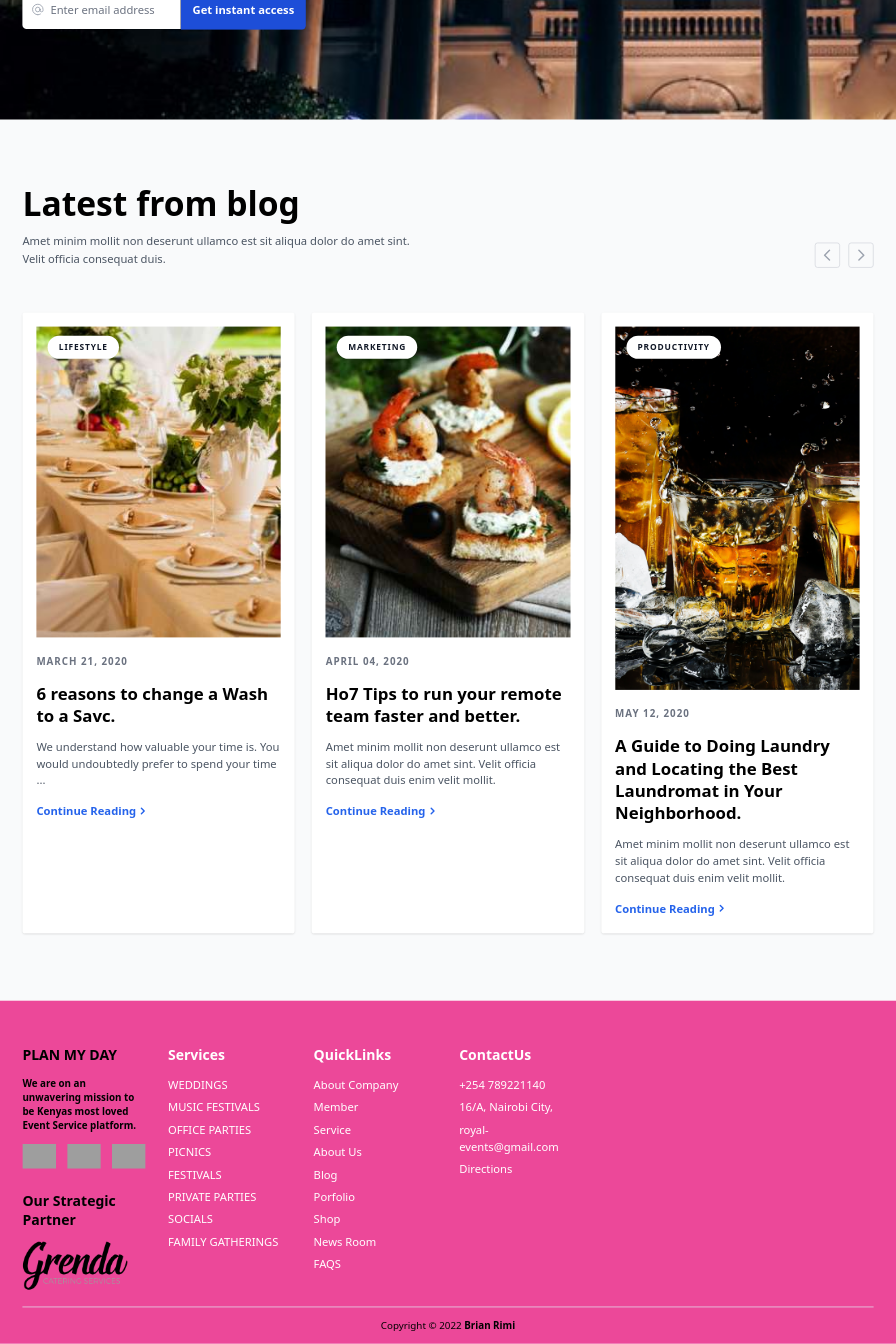
Repository: remydev47/grandes-events
Page: /
The author's editor kept a copy of each file at every save. The page is drawn from the files as they stood at one save, then again after the next save.
The browser window is 1280 px wide. The pictures show the part of the page from y = 3631 to 5551 px (the page is 5551 px tall before and 5526 px after), at 70% of full size.
Pictures or frames that could not be fetched are drawn as grey boxes. The project was rebuilt for these pictures with package versions that can differ from the ones it lists, and the page was loaded fresh each time. Also part of the build but not shown: vite.config.js, src/components/Team.jsx, src/components/Testimonials.jsx, src/components/Menu.jsx.

Above is the page before, as saved 2023-02-08 17:06:17.

### index.html
<!DOCTYPE html>
<html lang="en">
  <head>
    <meta charset="UTF-8" />
    <link rel="icon" type="image/svg+xml" href="/vite.svg" />
    <meta name="viewport" content="width=device-width, initial-scale=1.0" />
    <title>Grendas</title>
  </head>
  <body>
    <div id="root"></div>
    <script type="module" src="/src/main.jsx"></script>
  </body>
</html>

### src/App.jsx
import { useState } from 'react'
import reactLogo from './assets/react.svg'
import { AboutUs, Blog, CTA, Footer, Reasons, Services } from './components'
import Hero from './components/Hero'
import Navbar from './components/Navbar'

function App() {
  const [count, setCount] = useState(0)

  return (
   <div>
      <Navbar />
      <Hero />
      <Services />
      <AboutUs />
      <Reasons />
      <CTA />
      <Blog />
      <Footer />
   </div>
  )
}

export default App

### src/index.css
@import url("https://fonts.googleapis.com/css2?family=Epilogue:wght@400;500;600;700&display=swap");

@tailwind base;
@tailwind components;
@tailwind utilities;

### src/components/Hero.jsx
import React from 'react'
import { hero } from '../assets'

const Hero = () => {
  return (
    <section className='relative pt-48 pb-12 xl:pt-60 sm:pb-16 lg:pb-32 xl:pb-48 2xl:pb-56'>
    <div className="absolute inset-0">
     <img className="object-cover w-full h-full" src={hero} alt="" />
    </div>
   <div className='relative'>
    <div className="px-6 mx-auto sm:px-8 lg:px-12 max-w-7xl">
      <div className="w-full lg:w-2/3 xl:w-1/2">
        <h1 className="font-serif text-xl font-bold tracking-tight text-white text-opacity-70 text-center">Proffesional Catering Services</h1>
        <p className="mt-6 tracking-tighter text-[#FFF]">
          <span className="font-sans font-bold text-6xl">WELCOME TO GRENDA </span><br />
          <span className="font-serif italic font-BOLD text-7xl">WE PROVIDE WORLD CLASS EVENT PLANNING</span>
        </p>
        <p className="mt-8 font-erif text-xl font-serif text-[#fff]">
          Hiring A Proffesional Chef for Family Dinners & Gatherings, Date Nights & Branchs, Parties & Get-togethers, and even Meal for entire Families !
        </p>
      </div>
    </div>
   </div>
  </section>
  )
}

export default Hero

### src/components/Navbar.jsx
import React from 'react'
import { navLinks } from '../constants'
import Menupopover from './Menupopover'
import { logo } from '../assets'

const Navbar = () => {
  return (
    <header className="fixed inset-x-0 bg-[#e1a984] z-20 flex justify-between items-center py-2 px-2 shadow-lg dark:bg-slate-900 sm:py-3 sm:px-8">
      <div className='flex grow-0 basis-1/3 md:hidden'>
        <Menupopover />
      </div>

     <div className='flex grow-0 ml-2 justify-center md:justify-start'>
       <img src={logo} alt='user' className='w-[60%] h-[60%] object-contain' />
     </div>


     <ul className="list-none sm:flex hidden justify-center items-center flex-1">
     {navLinks.map((nav, index) => (
        <li
        key={nav.id}
        className={`font-bold cursor-pointer text-[16px
           ${index === navLinks.length - 1 ? 'mr-0' : 'mr-10'}
          text-white `}
        >
            <a>{nav.title}</a>
        </li>
      ))}
      </ul>

    </header>
  )
}

export default Navbar

### src/components/Services.jsx
import React from 'react'

const Services = () => {
  return (
    <section className={` sm:py-16 lg:py-24`}>
      <div className="px-4 mx-auto max-w-7xl sm:px-6 lg:px-8">
       <div className="max-w-2xl mx-auto text-center">
         <h2 className="text-xl font-normal italic leading-tight text-black lg:text-3xl">
          Welcome to Grenda, a premier catering and event planning company.
         </h2>
       </div>

       <div className="grid max-w-md grid-cols-1 gap-6 mx-auto mt-8 text-center lg:max-w-full lg:mt-16 lg:grid-cols-3">

        <div className="overflow-hidden bg-[url('./src/assets/service1.jpeg')] shadow-xl border-gray-300 rounded-md">
          <div className="p-8 xl:px-12 flex flex-col items-center justify-center">
             <div className='flex flex-col'>
               <h1 className='text-3xl font-semibold text-black'>Cooperate catering Services</h1>
             </div>
             <h2 className='font-normal text-xl font-serif text-white text-center mt-2'>
               Wouldn't you Like to be a Guest at your own Party !
             </h2>
             <p className='text-xl text-white text-center font-bold'>
               MON-FRI: 08:00-21:00
             </p>
             <p className='text-xl text-gray-50 text-center font-bold'>
               SAT-SUN: 10:00-17:00
             </p>
          </div>
        </div>

        <div className="overflow-hidden bg-[url('./src/assets/hero.jpeg')] shadow-xl border-gray-300 rounded-md">
          <div className="p-8 xl:px-12 flex flex-col items-center justify-center">
             <div className='flex flex-col'>
               <h1 className='text-3xl font-semibold text-white'>Parties</h1>
             </div>
             <h2 className='font-normal text-xl font-serif text-white text-center mt-2'>
               Are You Busy To Cook ? Give Us A Call
             </h2>
             <p className='text-xl text-white text-center font-bold'>
               MON-FRI: 08:00-21:00
             </p>
             <p className='text-xl text-gray-50 text-center font-bold'>
               SAT-SUN: 10:00-17:00
             </p>
          </div>
        </div>

        <div className="overflow-hidden bg-[url('./src/assets/service3.jpeg')] shadow-xl border-gray-300 rounded-md">
          <div className="p-8 xl:px-12 flex flex-col items-center justify-center">
             <div className='flex flex-col'>
               <h1 className='text-3xl font-semibold text-white'>Birthdays</h1>
             </div>
             <h2 className='font-normal text-xl font-serif text-white text-center mt-2'>
               Look at Our Serviced Menu !
             </h2>
             <p className='text-xl text-white text-center font-bold'>
               MON-FRI: 08:00-21:00
             </p>
             <p className='text-xl text-gray-50 text-center font-bold'>
               SAT-SUN: 10:00-17:00
             </p>
          </div>
        </div>

        <div className="overflow-hidden bg-[url('./src/assets/service2.jpeg')] shadow-xl border-gray-300 rounded-md">
          <div className="p-8 xl:px-12 flex flex-col items-center justify-center">
             <div className='flex flex-col'>
               <h1 className='text-3xl font-semibold text-white'>Weddings</h1>
             </div>
             <h2 className='font-normal text-xl font-serif text-white text-center mt-2'>
               Wedding Serviced Menu !
             </h2>
             <p className='text-xl text-white text-center font-bold'>
               MON-FRI: 08:00-21:00
             </p>
             <p className='text-xl text-gray-50 text-center font-bold'>
               SAT-SUN: 10:00-17:00
             </p>
          </div>
        </div>



       </div>
      </div>
    </section>
  )
}

export default Services

### src/components/CTA.jsx
import React from 'react'
import { cta } from '../assets'

const CTA = () => {
  return (
    <section className="mt-4 relative py-10 overflow-hidden  sm:py-16 lg:py-24 xl:py-32">
      <div className="absolute inset-0">
        <img className="object-cover w-full h-full md:object-left md:scale-150 md:origin-top-left" src={cta} alt="" />
      </div>

     <div className="relative px-4 mx-auto sm:px-6 lg:px-8 max-w-7xl">
      <div className="text-center md:w-2/3 lg:w-1/2 xl:w-1/3 md:text-left">
         <h2 className="text-3xl font-bold leading-tight text-white sm:text-4xl lg:text-5xl">Get a Free Appointment Booking</h2>
         <p className="mt-4 text-base text-white">
         We understand the importance of approaching each work integrally and believe in the power of simple and easy communication. We value the experimentation, the reformation of the message.
         </p>

         <form action="#" method="POST" className="mt-8 lg:mt-12">
             <div className="flex flex-col items-center sm:flex-row sm:justify-center">
                 <div className="flex-1 w-full min-w-0 px-4 sm:px-0">
                     <div className="relative text-gray-400 focus-within:text-gray-600">
                         <label htmlFor="email" className="sr-only"></label>
                         <label htmlFor="email" className="sr-only"></label>
                         <div className="absolute inset-y-0 left-0 flex items-center pl-3 pointer-events-none">
                             <svg className="w-5 h-5" xmlns="http://www.w3.org/2000/svg" fill="none" viewBox="0 0 24 24" stroke="currentColor">
                                 <path stroke-linecap="round" stroke-linejoin="round" stroke-width="1.5" d="M16 12a4 4 0 10-8 0 4 4 0 008 0zm0 0v1.5a2.5 2.5 0 005 0V12a9 9 0 10-9 9m4.5-1.206a8.959 8.959 0 01-4.5 1.207" />
                             </svg>
                         </div>
                         <input
                             type="email"
                             name="email"
                             id="email"
                             placeholder="Enter email address"
                             className="block w-full py-4 pl-10 pr-4 text-base text-black placeholder-gray-500 transition-all duration-200 border-gray-200 rounded-md sm:rounded-r-none caret-blue-600 focus:border-blue-600 focus:ring-1 focus:ring-blue-600"
                             required
                         />

                     </div>
                 </div>

                 <button type="submit" className="inline-flex items-center justify-center flex-shrink-0 w-auto px-4 py-4 mt-4 font-semibold text-white transition-all duration-200 bg-blue-700 border border-transparent rounded-md sm:mt-0 sm:rounded-l-none sm:w-auto hover:bg-blue-700 focus:bg-blue-700">
                     Get instant access
                 </button>
             </div>
         </form>
      </div>
     </div>
    </section>
  )
}

export default CTA

### src/components/Aboutus.jsx
import React from 'react'
import { menu1 } from '../assets'

const Aboutus = () => {
  return (
    <section className="py-6 bg-gray-50 sm:py-16 lg:py-24">
      <div className="max-w-5xl px-4 mx-auto sm:px-6 lg:px-8">
         <div className="grid items-center grid-cols-1 gap-y-6 md:grid-cols-2 md:gap-x-20">
            <div className="">
                <h1 className='text-3xl italic text-[#e1a984] text-center'>AboutUs</h1>
                <h2 className="text-4xl font-bold leading-tight text-black sm:text-4xl lg:text-4xl">Event Planning Services We Provide.</h2>
                <p className="mt-4 text-base leading-relaxed text-gray-600 font-semibold">
                 Apparently we had reached a great height in the atmosphere, for the sky was a dead black, and the stars had ceased to twinkle. By the same illusion which lifts the horizon of the sea to the level of the spectator on a hillside…
                </p>
            </div>

            <div className=" pl-20 pr-6 sm:pl-6 md:px-0">
                <div className="relative w-full max-w-xs mt-4 mb-10 ml-auto">
                 <img className="relative -top-4 -left-4" src={menu1} alt="" />



                    <div className="absolute -bottom-10 -left-16 m-2">


                          <div className="px-8 py-8 bg-[#e1a984]">
                               <span className="block text-4xl font-bold text-white lg:text-5xl"> 50+ </span>
                                <span className="block mt-2 text-base leading-tight text-white"> Team<br />Member</span>
                            </div>
                    </div>
                </div>
            </div>
        </div>
      </div>
    </section>
  )
}

export default Aboutus

### src/components/Footer.jsx
import React from 'react'
import { logo } from '../assets';

const footerNav = {
    Services: [
      {
        title: "WEDDINGS",
        href: "/#",
      },
      {
        title: "MUSIC FESTIVALS",
        href: "/#",
      },
      {
        title: "OFFICE PARTIES",
        href: "/#"
      },
      {
        title: "PICNICS",
        href: "/#"
      },
      {
        title: "FESTIVALS",
       href: "/#"
      },
      {
       title: "PRIVATE PARTIES",
       href: "/#"
      },
      {
        title: "SOCIALS",
       href: "/#"
      },
      {
        title: "FAMILY GATHERINGS",
       href: "/#"
      },
      // {
      //   title: "Afterfortey Cleaning",
      //  href: "/#"
      // },
      // {
      //   title: "Laundry Services",
      //  href: "/#"
      // },
      // {
      //   title: "Maid services",
      //  href: "/#"
      // },
      // {
      //   title: "Carpet Cleaning",
      //  href: "/#"
      // },
    ],
    QuickLinks: [
      {
        title: "About Company",
        href: "/#",
      },
      {
        title: "Member",
        href: "/#"
      },
      {
        title: "Service",
        href: "/#"
      },
      {
        title: "About Us",
        href: "/#"
      },
      {
        title: "Blog",
        href: "/#"
      },
      {
        title: "Porfolio",
        href: "/#"
      },
      {
        title: "Shop",
        href: "/#"
      },
      {
        title: "News Room",
        href: "/#"
      },
      {
        title: "FAQS",
        href: "/#"
      },
    ],
    ContactUs:[
      {
        title: "+254 789221140",
        href: "/#"
      },
      {
        title: " 16/A, Nairobi City, ",
        href: "/#"
      },
      {
        title: "royal-events@gmail.com",
        href: "/#"
      },
      {
        title: "Directions",
        href: "/#"
      },
    ]
  };

  const SocialLinks = [
    {
      title: "Instagram",
      link: "https://instagram.com/",
      image:'/images/instagram.svg'
    },
    {
      title: "Twitter",
      link: "https://tiktok.com/",
      image: '/images/twitter.svg',
    },
    {
      title: "LinkedIn",
      link: "https://linkedin.com/",
      image: '/images/linkedin.svg',
    },
  ];

const Footer = () => {
    return (
    <footer className="bg-pink-500">
        <div className="mx-auto max-w-screen-xl px-6 pt-16 sm:px-8">
          <div className="grid grid-cols-1 gap-y-6 gap-x-6 md:!grid-cols-6 md:gap-8 xs:grid-cols-2">
            <div className="mb-4  flex flex-col xs:col-span-2">
              <span className="text-xl font-bold capitalize">PLAN MY DAY</span>
              <p className="mt-4 max-w-screen-xs text-sm font-semibold">
                We are on an unwavering mission to be Kenyas most loved Event Service
                platform.
              </p>
              <ul
                id="social-media-links"
                className="mt-4 flex items-center space-x-4"
               >
                {SocialLinks.map((item) => (
                  <li key={item.title}>
                    <a
                      href={item.link}
                      aria-label={`${item.title} profile`}
                      className="transition-all duration-150 text-white dark:fill-white "
                    >
                      <img src={item.image} height={60} width={60} />
                    </a>
                  </li>
                ))}
              </ul>

              <span className="mt-8 text-xl font-bold capitalize">
                our strategic partner
              </span>

              <a
                href="https://www.linkedin.com/"
                rel="noreferrer"
                target="_blank"
                className="mt-4 "
              >
                {/* <LinkedInFullIcon height={35} /> */}
                <img
                 src={logo}
                 alt='royal-events'
                 height={40}
                 width={150}
                />
              </a>
            </div>

            {Object.entries(footerNav).map(([title, items]) => {
              return (
                <div key={title}>
                  <h2 className="text-xl font-semibold text-white dark:text-gray-100">
                    {title}
                  </h2>
                  <ul className="mt-4 space-y-2">
                    {items.map((item) => (
                      <li key={item.title}>

                          <a className="transition-all duration-150 text-white hover:text-indigo-800 hover:underline dark:text-gray-300 dark:hover:text-white">
                            {item.title}
                          </a>

                      </li>
                    ))}
                  </ul>
                </div>
              );
            })}


         </div>
          <div
            id="footer-copyright"
            className="mt-2 border-t border-slate-200 py-4 dark:border-slate-600"
          >
            <p className="text-center text-sm dark:text-gray-300">
              Copyright © 2022{" "}
              <a
                href="https://github.com/miadv"
                className="font-semibold hover:text-indigo-800 hover:underline dark:hover:text-white"
              >
                Brian Rimi
              </a>
            </p>
          </div>
        </div>
      </footer>
    );
  };

export default Footer

### src/components/Menupopover.jsx
import React, { useState } from 'react'
import { navLinks } from '../constants'
import { logo, menu } from '../assets'

const Menupopover = () => {
    const [toggleDrawer, setToggleDrawer] = useState(false);

  return (
    <div className='sm:hidden flex justify-between
     items-center relative'>
      <div className='w-[40px] h-[40px] rounded-[10px] bg-[#e1a984] flex
          justify-center items-center cursor-pointer'>
              {/* <img src={logo} alt='user' className='w-[60%] h-[60%] object-contain' /> */}
      </div>
      <img
        src={menu}
        alt="menu"
        className='w-[34px] h-[34px] object-contain cursor-pointer'
        onClick={() => setToggleDrawer((prev) => !prev)}
      />
      <div className={`fixed top-[60px] bg-[#e1a984] w-full max-w-xs
       ${!toggleDrawer ? '-translate-y-[100vh]' : 'translate-y-0'} transition-all duration-700`}>
        <ul className='list-none flex flex-col justify-end items-center flex-1'>
          {navLinks.map((nav, index) => (
             <li
              key={nav.id}
              className={`font-bold cursor-pointer text-[16px]
              mt-2 border-t border-slate-200 py-4 dark:border-slate-600
              ${index === navLinks.length - 1 ? 'mr-0' : 'mb-4'}
               text-white `}
             >
                 <a>{nav.title}</a>
             </li>
          ))}
        </ul>
       </div>
   </div>
  )
}

export default Menupopover

const styles = {
  container:`fixed top-0 bottom-0 left-0 w-full max-w-xs rounded-r-xl bg-[#e1a984] p-6 shadow-lg dark:bg-gray-800`,
  container2:`absolute top-[60px] right-0 left-0 bg-[#e1a984] z-10 shadow-secondary py-4`
}

### tailwind.config.cjs
/** @type {import('tailwindcss').Config} */
module.exports = {
  content: [
    "./index.html",
    "./src/**/*.{js,ts,jsx,tsx}",
  ],
  theme: {
    extend: {
      backgroundImage: {
        'bg-1': "url('./src/assets/service1.jpeg')",
        'bg-2': "url('./src/assets/hero.jpeg')",
        'bg-3': "url('./src/assets/service2.jpeg')",
        'bg-4': "url('./src/assets/service3.jpeg')",
      },
      fontFamily: {
        epilogue: ['Epilogue', 'sans-serif'],
      },
      boxShadow: {
        secondary: '10px 10px 20px rgba(2, 2, 2, 0.25)',
      },
    },
  },
  plugins: [],
}

Loaded but not shown: src/main.jsx (common file); src/assets/index.js (29 lines, source omitted); src/components/index.js (15 lines, source omitted); src/constants/index.js (30 lines, source omitted); src/components/Blog.jsx (124 lines, source omitted); src/components/Reasons.jsx (95 lines, source omitted)

After the next save:
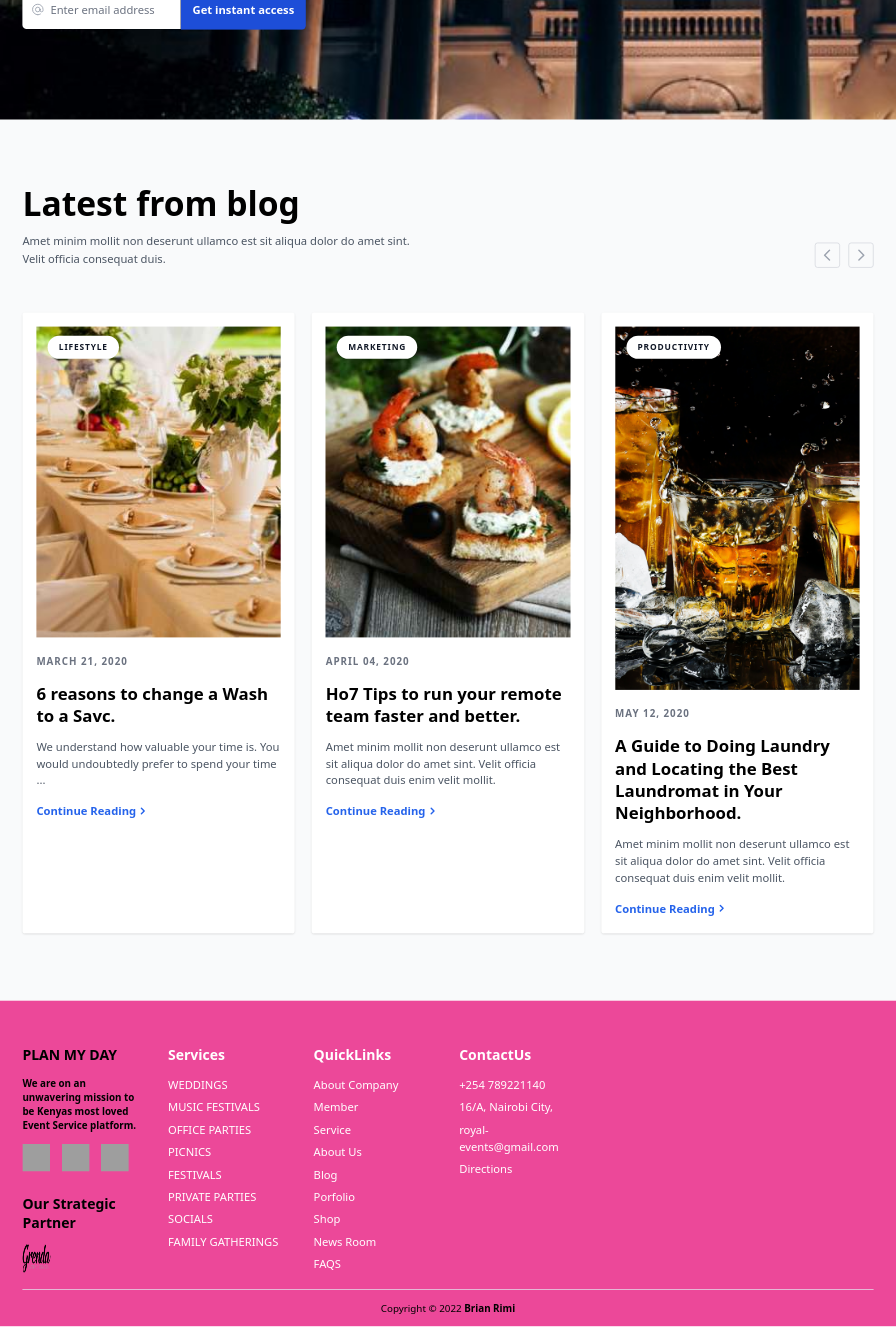
Saved 76 s later.
--- a/src/components/Footer.jsx
+++ b/src/components/Footer.jsx
@@ -150,7 +150,7 @@ const Footer = () => {
                       aria-label={`${item.title} profile`}
                       className="transition-all duration-150 text-white dark:fill-white "
                     >
-                      <img src={item.image} height={60} width={60} />
+                      <img src={item.image} className="h-[40px] w-[40px]"/>
                     </a>
                   </li>
                 ))}
@@ -170,8 +170,7 @@ const Footer = () => {
                 <img
                  src={logo}
                  alt='royal-events'
-                 height={40}
-                 width={150}
+                 className="h-[40px] w-[40px]"
                 />
               </a>
             </div>
